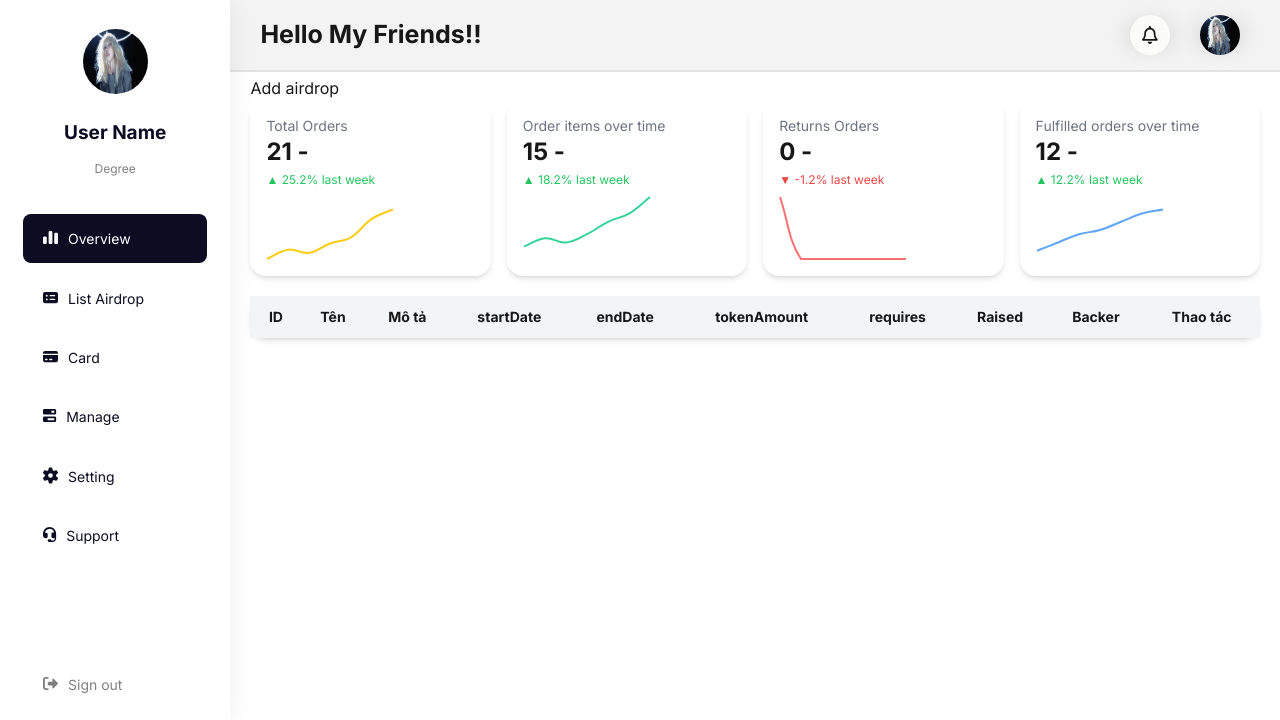
Repository: conGaStuer/airdropmamager
Page: /airdrops
These files come from the project's save history. The page is drawn as it stood at one moment and after the next save; the edit follows.
The browser window is 1280 px wide. The pictures show the whole page.
The page's requests for data from a server got no answer. The project was rebuilt for these pictures with package versions that can differ from the ones it lists, and the page was loaded fresh each time. The framework's server and built-in components were replaced by stand-ins that run in the browser. No one was signed in, and anything a server would have sent is missing. Also part of the build but not shown: next.config.ts.

Above is the page before, as saved 2025-05-26 20:07:58.

After the next save:
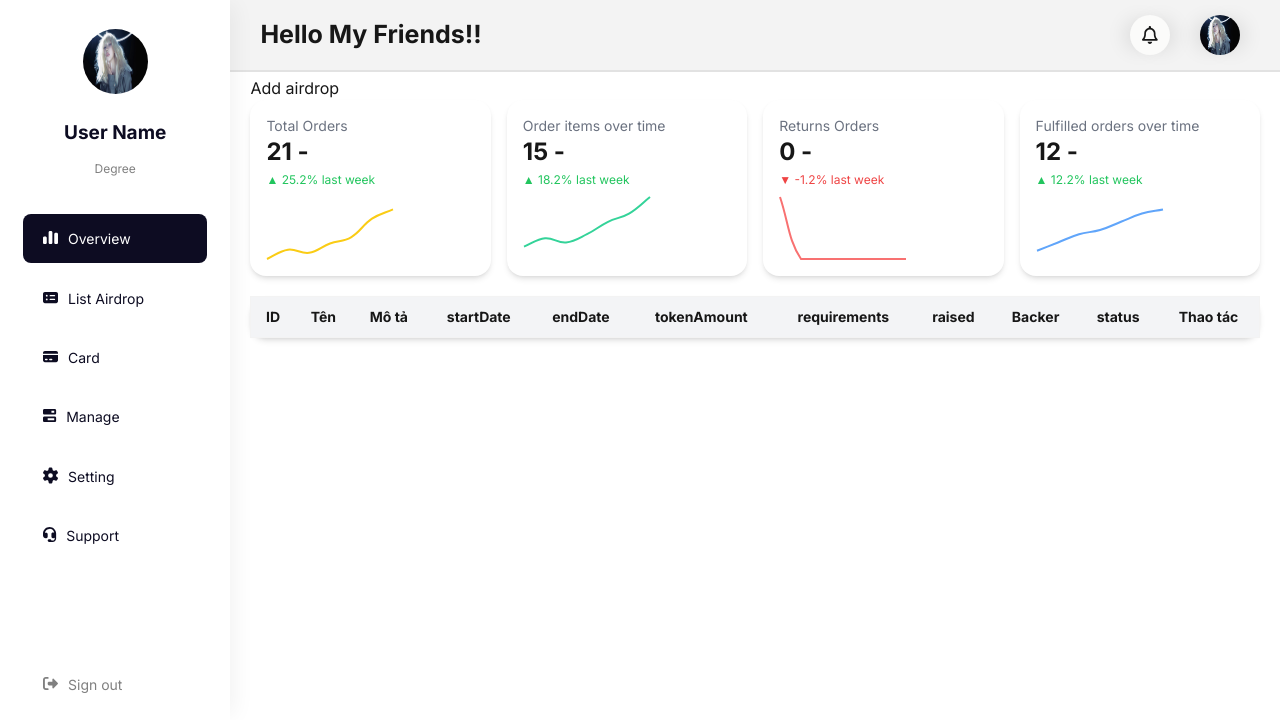
Saved 3 min 9 s later.
--- a/src/app/airdrops/page.js
+++ b/src/app/airdrops/page.js
@@ -81,9 +81,10 @@ export default function AirdropPages() {
             <th>startDate</th>
             <th>endDate</th>
             <th>tokenAmount</th>
-            <th>requires</th>
-            <th>Raised</th>
+            <th>requirements</th>
+            <th>raised</th>
             <th>Backer</th>
+            <th>status</th>
 
             <th>Thao tác</th>
           </tr>
@@ -94,6 +95,14 @@ export default function AirdropPages() {
               <td>{item.id}</td>
               <td>{item.name}</td>
               <td>{item.description}</td>
+              <td>{item.startDate}</td>
+              <td>{item.endDate}</td>
+              <td>{item.tokenAmount}</td>
+              <td>{item.requirements}</td>
+              <td>{item.raised}</td>
+              <td>{item.backer}</td>
+              <td>{item.status}</td>
+
               <td>
                 <button
                   onClick={() => router.push(`./airdrops/${item.id}/edit`)}
